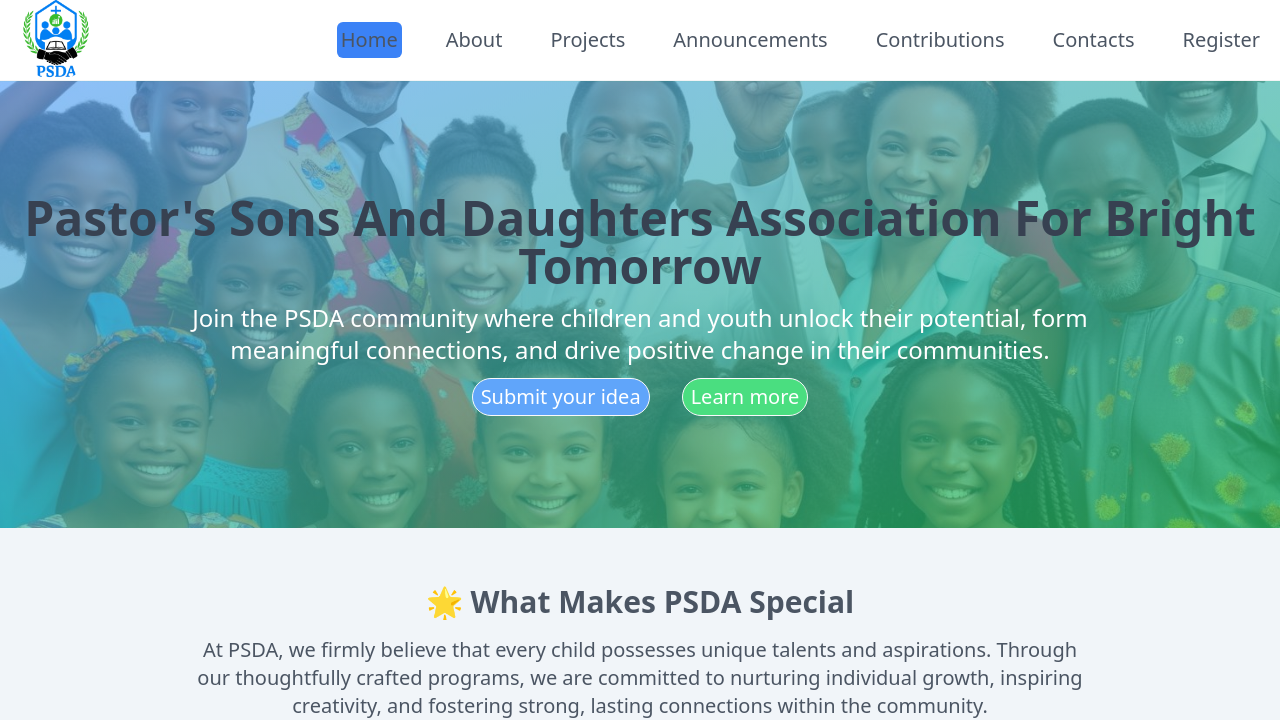
Repository: Zedestar/psda
Page: /
The author's editor kept a copy of each file at every save. The page is drawn from the files as they stood at one save, then again after the next save.
The browser window is 1280 px wide. The pictures show the whole page.
An inner scrolling area shows only its first screen. The project was rebuilt for these pictures with package versions that can differ from the ones it lists, and the page was loaded fresh each time. Also part of the build but not shown: src/components/cards/leaders-card.jsx, src/components/cards/secondary-card.jsx, src/components/container/index.jsx, src/pages/about/about-us-data.js, src/pages/about/core-value-data.js, src/pages/about/history-status-data.js, src/pages/about/leaders-data.js, src/pages/about/our-leadership-data.js and 34 more.

Above is the page before, as saved 2025-08-09 14:03:41.

### public/index.html
<!DOCTYPE html>
<html lang="en">
  <head>
    <meta charset="utf-8" />
    <link rel="icon" href="%PUBLIC_URL%/favicon.ico" />
    <meta name="viewport" content="width=device-width, initial-scale=1" />
    <meta name="theme-color" content="#000000" />
    <meta
      name="description"
      content="Web site created using create-react-app"
    />
    <!-- <link rel="apple-touch-icon" href="%PUBLIC_URL%/psdaImage.png" /> -->
    <!-- <link rel="manifest" href="%PUBLIC_URL%/manifest.json" /> -->

    <title>psda</title>
  </head>
  <body>
    <noscript>You need to enable JavaScript to run this app.</noscript>
    <div id="root"></div>

  </body>
</html>

### src/index.js
import React from "react";
import ReactDOM from "react-dom/client";
import App from "./App";
import "./index.css";
import { BrowserRouter } from "react-router-dom";
import GlobalState from "./context";

const root = ReactDOM.createRoot(document.getElementById("root"));
root.render(
  <BrowserRouter>
    <React.StrictMode>
      <GlobalState>
        <App />
      </GlobalState>
    </React.StrictMode>
  </BrowserRouter>
);

### src/App.js
import { Route, Routes } from "react-router-dom";
import Header from "./components/header/header";
import Home from "./pages/home/home";
import AboutPage from "./pages/about/about";
import Projects from "./pages/projects/projects";
import Announcements from "./pages/announcements/announcements";
import Contributions from "./pages/contirbutions/contributions";
import Contacts from "./pages/contacts/contacts";
import Register from "./pages/register/register.jsx";

function App() {
  return (
    <div className="flex flex-col items-center flex-center h-screen  bg-slate-100">
      <Header />
      <Routes>
        <Route path="/" element={<Home />} />
        <Route path="/about" element={<AboutPage />} />
        <Route path="/projects" element={<Projects />} />
        <Route path="/announcements" element={<Announcements />} />
        <Route path="/contributions" element={<Contributions />} />
        <Route path="/contact" element={<Contacts />} />
        <Route path="/register" element={<Register />} />
      </Routes>
    </div>
  );
}

export default App;

### src/context/index.jsx
import { createContext, useEffect, useState } from "react";

export const GlobalContext = createContext(null);

function GlobalState({ children }) {
  const [subHeader, setSubHeader] = useState(false);

  const [active, setActive] = useState(() => {
    const activeTab = localStorage.getItem("activeTab");
    return activeTab ? JSON.parse(activeTab) : 1;
  });

  useEffect(() => {
    localStorage.setItem("activeTab", active);
  }, [active]);
  return (
    <GlobalContext.Provider
      value={{
        subHeader,
        setSubHeader,
        active,
        setActive,
      }}
    >
      {children}
    </GlobalContext.Provider>
  );
}

export default GlobalState;

### src/components/header/header.jsx
import { useContext } from "react";
import headerData from "./header-data";
import HeaderItem from "./header-item";
import psdaImage from "../../assets/images/psdaImage.png";
import { GlobalContext } from "../../context";
import { FaBars, FaTimes } from "react-icons/fa";

function Header() {
  const { active, setActive, subHeader, setSubHeader } =
    useContext(GlobalContext);
  return (
    <div className="w-full shadow-lg bg-white">
      <div className="w-full flex justify-center">
        <header className="w-full flex items-center justify-between px-4  border-b border-b-gray-100 max-w-screen-2xl">
          <div className="text-3xl rounded-full overflow-hidden">
            <img className="h-20 w-20" src={psdaImage} alt="" />
          </div>{" "}
          <ul className="hidden lg:flex justify-center py-5 space-x-10 flex-center">
            {headerData.map((item) => (
              <HeaderItem
                key={item.id}
                item={item}
                active={active}
                setActive={setActive}
              />
            ))}
          </ul>
          <div
            onClick={() => setSubHeader(!subHeader)}
            className="lg:hidden cursor-pointer hover:bg-blue-600 text-gray-600 hover:text-white transition-all duration-300 p-2 rounded-md "
          >
            {subHeader ? <FaTimes /> : <FaBars />}
          </div>
        </header>
      </div>
      {subHeader && (
        <ul className="lg:hidden flex flex-col items-center justify-center my-2 px-4 space-y-1">
          {headerData.map((item) => (
            <HeaderItem
              key={item.id}
              item={item}
              active={active}
              setActive={setActive}
            />
          ))}
        </ul>
      )}
    </div>
  );
}

export default Header;

### src/pages/home/home.jsx
import PrimaryCard from "../../components/cards/primary-card";
import TwoLinesCards from "../../components/cards/two-lines-card";
import HomePic from "../../components/homepic";
import psdaHighlights from "./psda-highlights";
import what_we_do_data from "./what-we-do";
import FullRoundedButton from "../../components/button/full-rounded-button.jsx";
import what_makes_psda_special from "./what_makes_psda_special_data.js";
import FaceCard from "../../components/cards/face-card.jsx";
import GridOrganizerContainer from "../../components/gridOrganizerContainer/index.jsx";
import make_difference_data from "./make_difference_data.js";
import Footer from "../../components/footer/footer.jsx";

function Home() {
  return (
    <div className="w-full h-full overflow-y-scroll">
      <HomePic />
      <div className="flex  items-center justify-center my-14">
        {what_makes_psda_special.map((item) => (
          <FaceCard item={item} />
        ))}
      </div>

      <GridOrganizerContainer>
        {psdaHighlights.map((item) => (
          <PrimaryCard item={item} />
        ))}
      </GridOrganizerContainer>

      <GridOrganizerContainer>
        {what_we_do_data.map((item) => (
          <TwoLinesCards item={item} />
        ))}
      </GridOrganizerContainer>

      <div
        className="h-[50%] flex flex-col items-center justify-center space-y-9 my-14"
        style={{
          backgroundImage:
            "linear-gradient(to bottom right, rgba(96, 165, 250, 0.7), rgba(34, 197, 94, 0.7))",
        }}
      >
        {make_difference_data.map((item) => (
          <FaceCard item={item} />
        ))}
        <div>
          <FullRoundedButton
            text={"Submit your idea"}
            bgColor={"bg-green-400"}
            textColor={"text-white"}
            onClick={null}
          />
        </div>
      </div>
      <Footer />
    </div>
  );
}

export default Home;

### src/components/header/header-data.js
const headerData = [
  {
    id: 1,
    content: "Home",
    link: "/",
  },
  {
    id: 2,
    content: "About",
    link: "/about",
  },
  {
    id: 3,
    content: "Projects",
    link: "/projects",
  },
  {
    id: 4,
    content: "Announcements",
    link: "/announcements",
  },
  {
    id: 5,
    content: "Contributions",
    link: "/contributions",
  },
  {
    id: 6,
    content: "Contacts",
    link: "/contact",
  },
  {
    id: 7,
    content: "Register",
    link: "/register",
  },
];

export default headerData;

### src/components/header/header-item.jsx
import { Link } from "react-router-dom";
import { GlobalContext } from "../../context";
import { useContext } from "react";

function HeaderItem({ item, active, setActive }) {
  const { setSubHeader } = useContext(GlobalContext);
  return (
    <li
      className={`p-1 rounded-md text-xl text-gray-600 font-gray-100 hover:bg-gray-200 transition cursor-pointer w-full ${
        item.id === active ? "bg-blue-500" : ""
      }`}
      onClick={() => {
        setActive(item.id);
        setSubHeader(false);
      }}
    >
      <Link to={item.link}>{item.content}</Link>
    </li>
  );
}

export default HeaderItem;

### src/components/cards/primary-card.jsx
function PrimaryCard({ item }) {
  return (
    <div className="border flex flex-col justify-center mx-4 my-3 space-y-2 px-4 py-6 rounded-lg text-center max-w-lg hover:shadow-lg transition  bg-white">
      <div className="w-full flex items-center justify-center">
        <div
          className={`flex items-center justify-center rounded-full ${item.color} w-16 h-16`}
        >
          {item.icon}
        </div>
      </div>

      <p className={`text-2xl ${item.text_color}`}>{item.title}</p>
      <p className="text-lg">{item.content}</p>
    </div>
  );
}

export default PrimaryCard;

### src/components/cards/two-lines-card.jsx
function TwoLinesCards({ item }) {
  return (
    <div
      className={`flex items-center justify-center flex-col ${item.bgColor} px-5 py-3 m-5 rounded-lg w-64`}
    >
      <p className={`text-3xl font-bold ${item.textColor}`}>{item.number}</p>
      <p className="text-gray-400 ">{item.content}</p>
    </div>
  );
}

export default TwoLinesCards;

### src/components/homepic/index.jsx
import "./index.css";
import FullRoundedButton from "../button/full-rounded-button.jsx";

function HomePic() {
  return (
    <div
      className="h-[50%] md:h-[60%] lg:h-[70%] flex flex-col items-center justify-center space-y-3"
      style={{
        backgroundImage:
          "linear-gradient(to bottom right, rgba(96, 165, 250, 0.7), rgba(34, 197, 94, 0.7)), url('/images/psdas.jpg')",
        backgroundSize: "cover",
        backgroundPosition: "center",
        backgroundColor: "line",
      }}
    >
      <p className="block w-full text-center text-3xl md:text-4xl lg:text-5xl font-semibold text-gray-700">
        Pastor's Sons And Daughters Association For Bright Tomorrow
      </p>
      <p className="block w-full md:w-[80%] text-center text-lg md:text-xl lg:text-2xl text-white">
        Join the PSDA community where children and youth unlock their potential,
        form meaningful connections, and drive positive change in their
        communities.
      </p>
      <div>
        <FullRoundedButton
          text={"Submit your idea"}
          bgColor={"bg-blue-400"}
          textColor={"text-white"}
          onClick={null}
        />
        <FullRoundedButton
          text={"Learn more"}
          bgColor={"bg-green-400"}
          textColor={"text-white"}
          onClick={null}
        />
      </div>
    </div>
  );
}

export default HomePic;

### src/pages/home/psda-highlights.js
import {
  FaUsers,
  FaPalette,
  FaLaptopCode,
  //   GiProgression,
  FaChild,
} from "react-icons/fa";

const psdaHighlights = [
  {
    id: 1,
    title: "Community Building",
    content:
      "We connect young people to form lasting friendships and supportive peer networks that strengthen communities.",
    icon: <FaUsers className="text-4xl text-blue-400" />,
    color: "bg-blue-50",
    text_color: "text-gray-500",
  },
  {
    id: 2,
    title: "Creative Projects",
    content:
      "Our programs encourage hands-on learning through art, technology, and community improvement initiatives.",
    icon: <FaPalette className="text-4xl text-blue-400" />,
    color: "bg-blue-50",
    text_color: "text-gray-500",
  },
  {
    id: 3,
    title: "Character Development",
    content:
      "We help children build confidence, leadership skills, and positive values that prepare them for life’s challenges.",
    icon: <FaLaptopCode className="text-4xl text-blue-400" />,
    color: "bg-blue-50",
    text_color: "text-gray-500",
  },
  {
    id: 4,
    title: "Achievement Recognition",
    content:
      "We celebrate every milestone and accomplishment to inspire pride, motivation, and continued growth.",
    icon: <FaChild className="text-4xl text-blue-400" />,
    color: "bg-blue-50",
    text_color: "text-gray-500",
  },
];

export default psdaHighlights;

### src/pages/home/what-we-do.js
const what_we_do_data = [
  {
    id: 1,
    number: "2021",
    content: "Founded",
    textColor: "text-blue-400",
    bgColor: "bg-blue-100",
  },
  {
    id: 2,
    number: "25+",
    content: "Projects",
    textColor: "text-green-300",
    bgColor: "bg-green-50",
  },
  {
    id: 1,
    number: "2021",
    content: "Founded",
    textColor: "text-orange-400",
    bgColor: "bg-orange-100",
  },
  {
    id: 1,
    number: "2021",
    content: "Founded",
    textColor: "text-rose-400",
    bgColor: "bg-rose-100",
  },
];

export default what_we_do_data;

### src/components/button/full-rounded-button.jsx
function FullRoundedButton({ text, bgColor, textColor, onClick }) {
  return (
    <button
      className={`${bgColor} py-1 px-2 mx-4 ${textColor} text-sm md:text-md lg:text-xl border border-gray-50 rounded-full hover:scale-105 transition duration:300`}
      onClick={onClick}
    >
      {text}{" "}
    </button>
  );
}

export default FullRoundedButton;

### src/pages/home/what_makes_psda_special_data.js
const what_makes_psda_special = [
  {
    title: "🌟 What Makes PSDA Special",
    description:
      "At PSDA, we firmly believe that every child possesses unique talents and aspirations. Through our thoughtfully crafted programs, we are committed to nurturing individual growth, inspiring creativity, and fostering strong, lasting connections within the community.",
  },
];

export default what_makes_psda_special;

### src/components/cards/face-card.jsx
function FaceCard({ item }) {
  return (
    <div className="space-y-4 flex flex-col items-center justify-center">
      <p className="text-xl lg:text-3xl w-[80%] font-bold text-gray-600 text-center">
        {item.title}
      </p>
      <p className="text-md lg:text-xl w-full md:w-[70%] text-center text-gray-600">
        {item.description}
      </p>
    </div>
  );
}

export default FaceCard;

### src/components/gridOrganizerContainer/index.jsx
function GridOrganizerContainer({ children }) {
  return (
    <div className="flex items-center justify-center my-14">
      <div className="grid grid-cols-1 md:grid-cols-2 lg:grid-cols-3 max-w-screen-2xl">
        {children}
      </div>
    </div>
  );
}

export default GridOrganizerContainer;

### src/pages/home/make_difference_data.js
const make_difference_data = [
  {
    title: "Inspired to Make a Difference with PSDA",
    description:
      "Be part of a passionate community where children and youth unlock their potential, lead meaningful projects, and shape a brighter future for all. With PSDA, your journey of growth, connection, and impact begins today.",
  },
];

export default make_difference_data;

### src/components/footer/footer.jsx
import followUsData from "./followUsData";
import contactInfoData from "./contactUsData";
import headerData from "../header/header-data";
import { GlobalContext } from "../../context";
import { Link } from "react-router-dom";
import { useContext } from "react";

function Footer() {
  const { setActive } = useContext(GlobalContext);
  return (
    <div className="w-full flex flex-col text-md md:text-lg text-gray-600 space-y-4 py-2 px-6 border-t-2">
      <div className="grid xs:grid-cols-1  sm:grid-cols-2 md:grid-cols-4 my-3 gap-4">
        <div>
          <p className="font-bold">PSDA</p>
          <p>
            Empowering children and youth to create positive change in their
            communities through education, collaboration, and meaningful
            projects
          </p>
        </div>
        <div>
          <p className="font-bold">Quick Link</p>
          <ul className="space-y-1">
            {headerData.map((item) => (
              <li key={item.id} className="hover:underline">
                <Link to={item.link} onClick={() => setActive(item.id)}>
                  {item.content}
                </Link>
              </li>
            ))}
          </ul>
        </div>
        <div>
          <p className="font-bold">Contact</p>
          <ul className="space-y-1">
            {contactInfoData.map((item) => (
              <li key={item.id} className="flex items-center space-x-2">
                {item.icon}
                <a href={item.link} target="_blank" rel="noopener noreferrer">
                  {item.label}
                </a>
              </li>
            ))}
          </ul>
        </div>
        <div>
          <p className="font-bold">Follow us</p>
          <ul className="space-y-1">
            {followUsData.map((item) => (
              <li key={item.id} className="flex items-center space-x-2">
                {item.IconBase}
                <a href={item.link} target="_blank" rel="noopener noreferrer">
                  {item.name}
                </a>
              </li>
            ))}
          </ul>
        </div>
      </div>
      <hr className="bg-blue-500"></hr>
      <div className="flex justify-between items-center">
        <div> PSDA Community. All rights reserved</div>
        <div>Privacy policy Term of service</div>
      </div>
    </div>
  );
}

export default Footer;

### src/pages/about/mission-vission-impact.js
import { AiOutlineAim, AiOutlineEye, AiOutlineHeart } from "react-icons/ai";

const mission_vission_impact_data = [
  {
    id: 1,
    title: "Our mission",
    content:
      "We envision a generation of spiritually grounded, socially responsible, and purpose-driven leaders from pastoral families who carry forward a legacy of faith, compassion, and community influence.",

    icon: <AiOutlineAim className="text-3xl text-green-500" />,
    color: "bg-green-50",
    text_color: "text-green-500",
  },
  {
    id: 2,
    title: "Our vision",
    content:
      "We exist to empower pastors’ children through mentorship, discipleship, skill-building, and fellowship—equipping them to thrive in every area of life and fulfill their divine calling.",
    icon: <AiOutlineEye className="text-3xl text-blue-500" />,
    color: "bg-blue-50",
    text_color: "text-blue-500",
  },
  {
    id: 3,
    title: "Our impact",
    content:
      "Through impactful programs and community-building initiatives, P.S.D.A. is restoring identity, building leadership, and inspiring pastors’ children to walk boldly in purpose while honoring their heritage.",
    icon: <AiOutlineHeart className="text-3xl text-orange-400" />,
    color: "bg-orange-50",
    text_color: "text-orange-500",
  },
];

export default mission_vission_impact_data;

### src/pages/contirbutions/other_way_to_support_us_card_data.js
import {
  AiOutlineTeam,
  AiOutlineHeart,
  AiOutlineApartment,
} from "react-icons/ai";

const other_way_to_support_us_card_data = [
  {
    id: 1,
    icon: <AiOutlineTeam className="text-4xl text-blue-500 " />,
    title: "Volunteer Your Time",
    content: "Share your skills and passion with our community members.",
    buttonText: "Learn About Volunteering",
    cardBgColor: "bg-gray-200",
  },
  {
    id: 2,
    icon: <AiOutlineHeart className="text-4xl text-blue-500" />,
    title: "Spread the Word",
    content: "Help us reach more families by sharing our mission.",
    buttonText: "Share Our Story",
    cardBgColor: "bg-gray-200",
  },
  {
    id: 3,
    icon: <AiOutlineApartment className="text-4xl text-blue-500" />,
    title: "Corporate Partnership",
    content: "Partner with us for employee engagement and community impact.",
    buttonText: "Explore Partnership",
    cardBgColor: "bg-gray-200",
  },
];

export default other_way_to_support_us_card_data;

### src/pages/contirbutions/method_of_contributing.js
import { AiOutlineBank, AiOutlinePhone, AiOutlineApi } from "react-icons/ai";

const method_of_contributing = [
  {
    id: 1,
    icon: <AiOutlineApi className="text-3xl text-blue-500" />,
    title: "Online Donation",
    content: "Secure online payments via credit card or PayPal",
    buttonText: "Donate Now",
    cardBgColor: "bg-white",
  },
  {
    id: 2,
    icon: <AiOutlinePhone className="text-3xl text-blue-500" />,
    title: "Mobile Money",
    content: "M-Pesa, Airtel Money, Mixx By Yas, Halo-Pesa",
    buttonText: "Send Payment",
    cardBgColor: "bg-white",
  },
  {
    id: 3,
    icon: <AiOutlineBank className="text-3xl text-blue-500" />,
    title: "Bank Transfer",
    content: "Direct bank transfer to our community account",
    buttonText: "Get Details",
    cardBgColor: "bg-white",
  },
];

export default method_of_contributing;

//  id: 1,
//     icon: <AiOutlineTeam className="text-4xl text-blue-500 " />,
//     title: "Volunteer Your Time",
//     content: "Share your skills and passion with our community members.",
//     buttonText: "Learn About Volunteering",
//     cardBgColor: "bg-transparent",

### src/pages/contacts/contact-data.js
import { AiOutlineAim, AiOutlineMessage, AiOutlinePhone } from "react-icons/ai";

const contactData = [
  {
    id: 1,
    icon: <AiOutlineMessage className="text-4xl text-blue-400 " />,
    title: "Email Us",
    subTitle: "info@psda.org",
    content: "Send us an email and we'll respond within 24 hours",
    buttonText: "Send Email",
    cardBgColor: "bg-gray-200",
  },
  {
    id: 2,
    icon: <AiOutlinePhone className="text-4xl text-blue-400" />,
    title: "Call Us",
    subTitle: "+255 674 723515",
    content: "Speak with our team Monday-Friday, 9 AM - 5 PM",
    buttonText: "Call Now",
    cardBgColor: "bg-gray-200",
  },
  {
    id: 3,
    icon: <AiOutlineAim className="text-4xl text-blue-400" />,
    title: "Visit Us",
    subTitle: "Morogoro Manzese, street 123",
    content: "Drop by our community center during operating hours",
    buttonText: "Get Directions",
    cardBgColor: "bg-gray-200",
  },
];

export default contactData;

### src/components/footer/followUsData.js
import {
  FaTiktok,
  FaFacebookF,
  FaWhatsapp,
  FaTwitter,
  FaInstagram,
} from "react-icons/fa";

const followUsData = [
  {
    id: 1,
    IconBase: <FaTiktok className="text-blue-400" />,
    name: "TikTok",
    link: "https://www.tiktok.com/@psda_org",
  },
  {
    id: 2,
    IconBase: <FaFacebookF className="text-blue-400" />,
    name: "Facebook",
    link: "https://www.facebook.com/psda_org",
  },
  {
    id: 3,
    IconBase: <FaWhatsapp className="text-blue-400" />,
    name: "WhatsApp",
    link: "https://wa.me/+255672743515",
  },
  {
    id: 4,
    IconBase: <FaTwitter className="text-blue-400" />,
    name: "Twitter",
    link: "https://twitter.com/psda_org",
  },
  {
    id: 5,
    IconBase: <FaInstagram className="text-blue-400" />,
    name: "Instagram",
    link: "https://www.instagram.com/psda_org",
  },
];

export default followUsData;

### src/components/footer/contactUsData.js
import { FaEnvelope, FaPhoneAlt, FaMapMarkerAlt } from "react-icons/fa";

const contactInfoData = [
  {
    id: 1,
    icon: <FaEnvelope className="text-blue-400" />,
    label: "info@psda.org",
    link: "mailto:info@psda.org",
  },
  {
    id: 2,
    icon: <FaPhoneAlt className="text-blue-400" />,
    label: "+255 784 584 231",
    link: "tel:+255784584231",
  },
  {
    id: 3,
    icon: <FaMapMarkerAlt className="text-blue-400" />,
    label: "123 Morogoro Manzese",
    link: null, // could add Google Maps if desired
  },
];

export default contactInfoData;

### tailwind.config.js
/** @type {import('tailwindcss').Config} */
module.exports = {
  content: ["./src/**/*.{js,jsx,ts,tsx}"],
  theme: {
    extend: {
      colors: {
        psdaGreen: "#1A8F57",
      },
    },
  },
  plugins: [],
};

Loaded but not shown: src/index.css (common file); src/pages/about/core-objective-goals-data.js (57 lines, source omitted); src/components/homepic/index.css (no stored copy; drawn as an empty file)

After the next save:
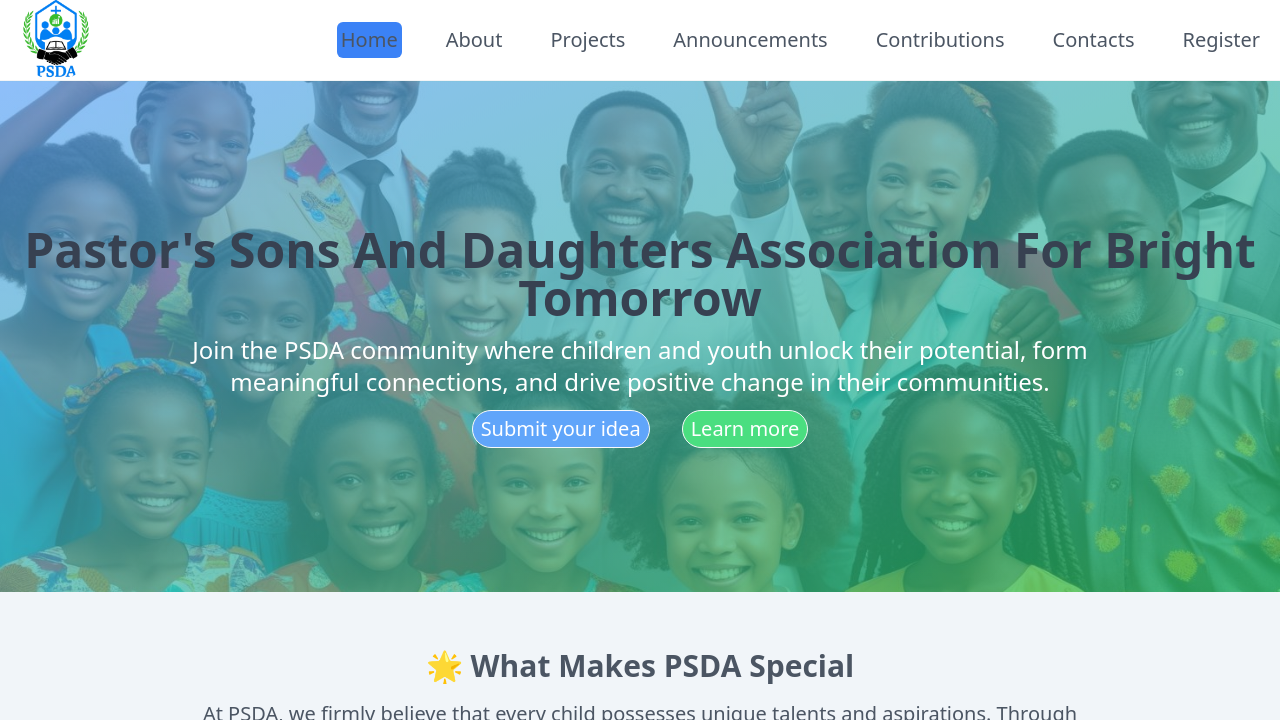
Saved 56 s later.
--- a/src/components/homepic/index.jsx
+++ b/src/components/homepic/index.jsx
@@ -4,7 +4,7 @@ import FullRoundedButton from "../button/full-rounded-button.jsx";
 function HomePic() {
   return (
     <div
-      className="h-[50%] md:h-[60%] lg:h-[70%] flex flex-col items-center justify-center space-y-3"
+      className="h-[50%] md:h-[60%] lg:h-[70%] xl:h-[80%] flex flex-col items-center justify-center space-y-3"
       style={{
         backgroundImage:
           "linear-gradient(to bottom right, rgba(96, 165, 250, 0.7), rgba(34, 197, 94, 0.7)), url('/images/psdas.jpg')",
